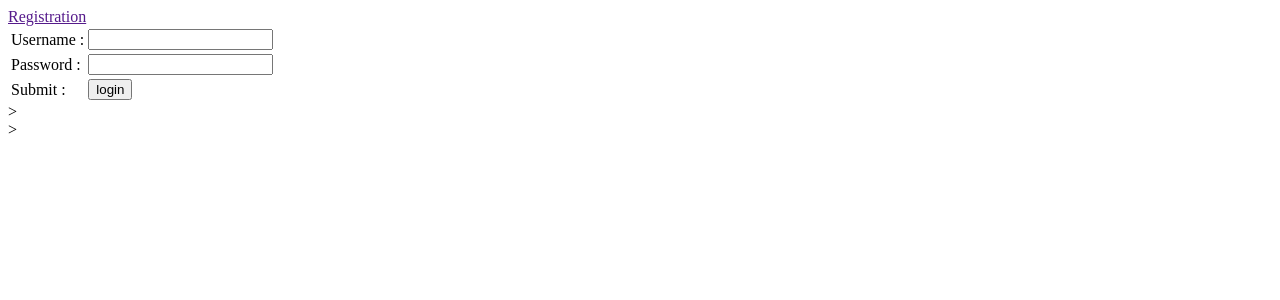
Repository: priyagund/jspServlet
Page: http://localhost/MyFirstLogin/login.jsp
An editor plug-in stored every save of this project. The page is shown before and after the next save, followed by the edit.
The browser window is 1280 px wide. The pictures show the whole page.
The page is served by Tomcat 9.

Above is the page before, as saved 2019-10-10 05:32:18.

After the next save:
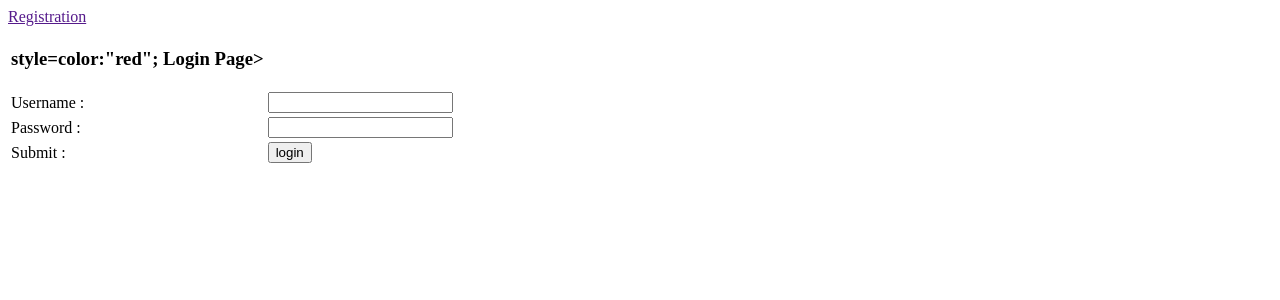
Saved 6 min 45 s later.
--- a/MyFirstLogin/WebContent/login.jsp
+++ b/MyFirstLogin/WebContent/login.jsp
@@ -7,14 +7,19 @@
 <title>Insert title here</title>
 </head>
 <body>
-<form action "loginRegister" method "post">
+<form action "login" method "post">
 <table>
+<tr>
+<td><h3> style=color:"red"; Login Page></h3>
+
+</td>
+</tr>
 <style background color:skyblue; margin-left=20px;margin-left=20px";></style>
 <tr><td>Username : </td><td><input type="text" name="name"></td></tr>
 <tr><td>Password :  </td><td><input type="password" name="password"></td></tr>
 <tr><td>Submit :</td><td><input type ="submit" name="submit" value="login"></td><a href "register.jsp">Registration</a></tr>
-</table>>
+</table>
 
-</form>>
+</form>
 </body>
 </html>
